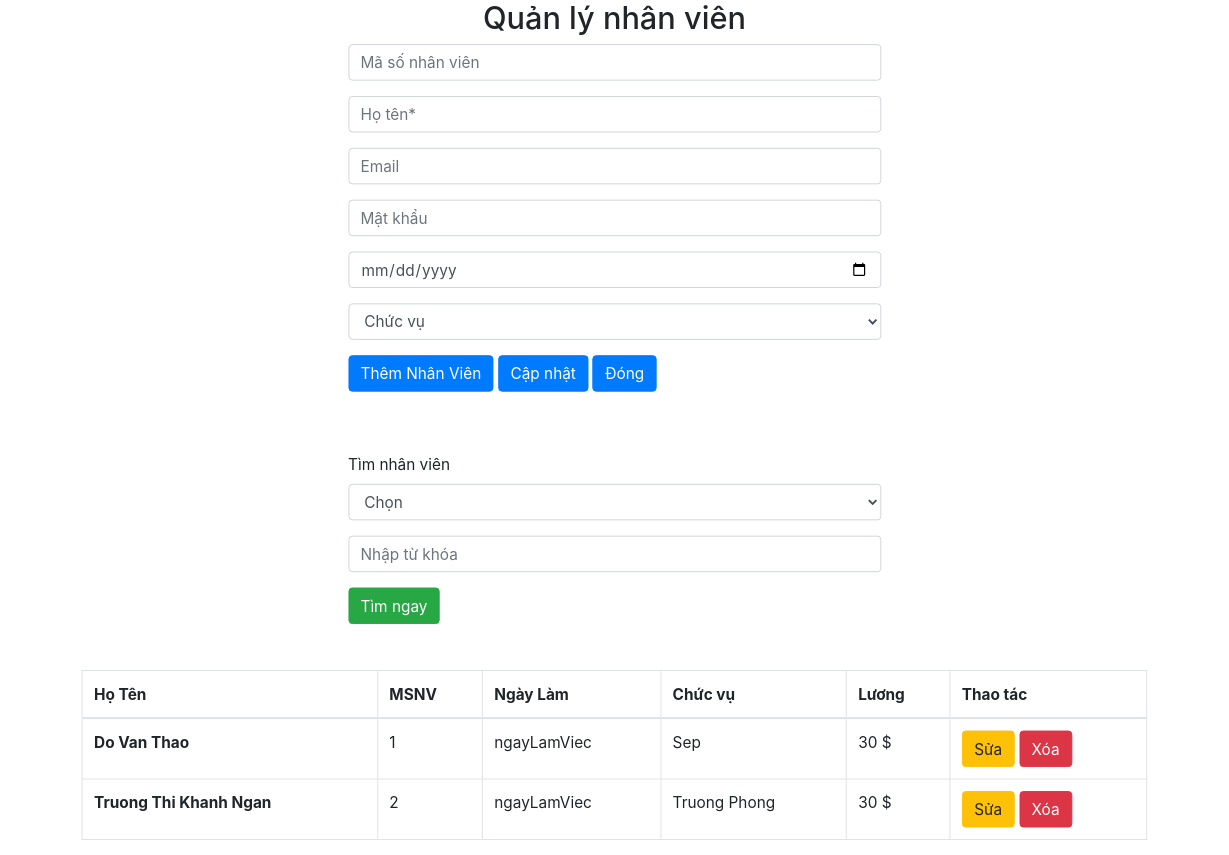
Repository: dovanthao2404/quanlynhanvien
Page: index.html
The author's editor kept a copy of each file at every save. The page is drawn from the files as they stood at one save, then again after the next save.
The browser window is 1280 px wide. The pictures show the whole page, at 96% of full size.

Above is the page before, as saved 2021-06-30 00:59:34.

After the next save:
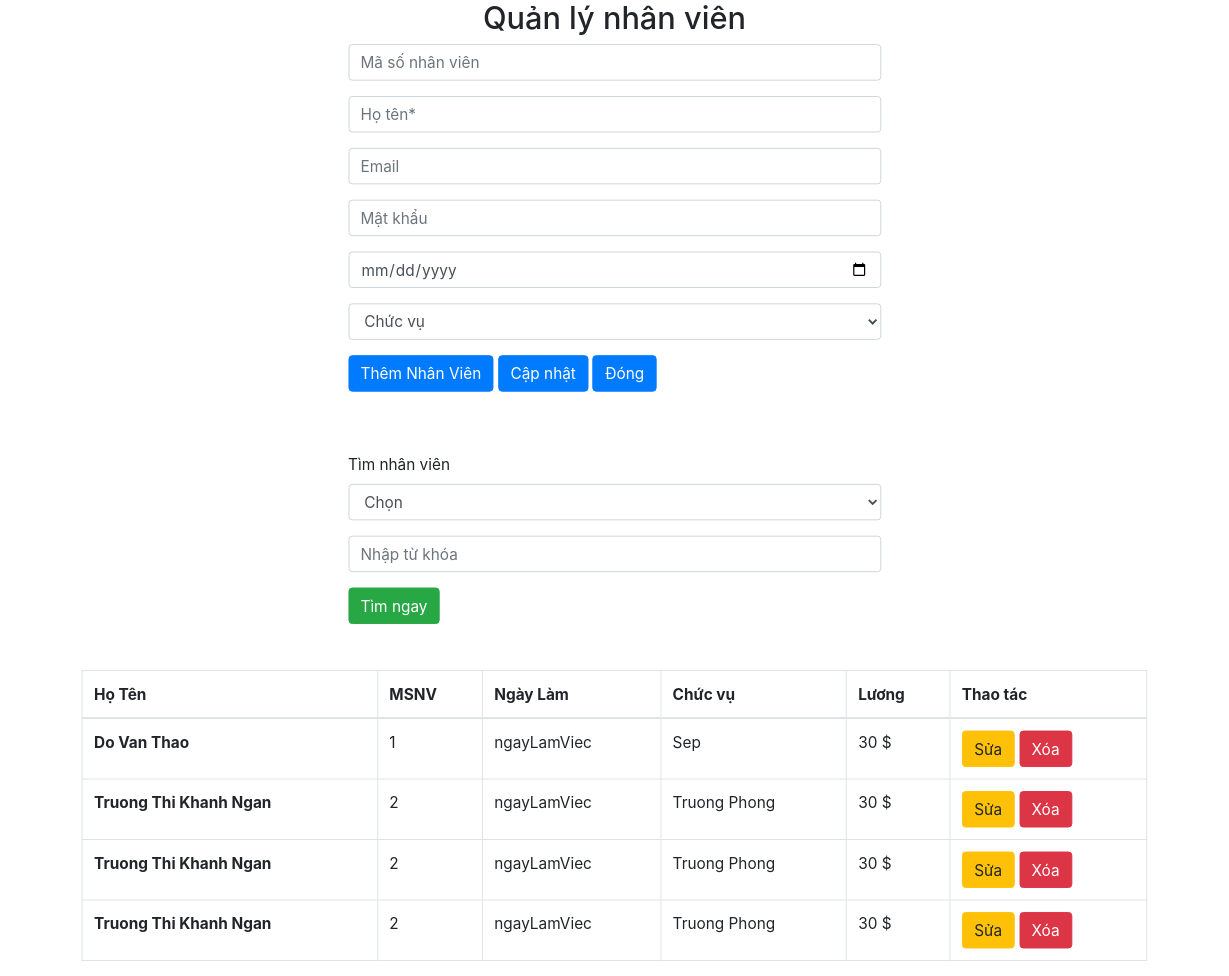
Saved 12 s later.
--- a/js/main.js
+++ b/js/main.js
@@ -5,7 +5,11 @@
 var congTy = new CongTy();
 var nhanVienMoi = new NhanVien('1', "Do Van Thao", 'abc@gmail.com', 'truongthikhanhngan', 'ngayLamViec', 'Sep');
 congTy.ThemNhanVien(nhanVienMoi);
-nhanVienMoi = new NhanVien('2', "Truong Thi Khanh Ngan", 'abc@gmail.com', 'truongthikhanhngan', 'ngayLamViec', 'Truong Phong'); nhanVienMoi = new NhanVien('2', "Truong Thi Khanh Ngan", 'abc@gmail.com', 'truongthikhanhngan', 'ngayLamViec', 'Truong Phong'); nhanVienMoi = new NhanVien('2', "Truong Thi Khanh Ngan", 'abc@gmail.com', 'truongthikhanhngan', 'ngayLamViec', 'Truong Phong');
+nhanVienMoi = new NhanVien('2', "Truong Thi Khanh Ngan", 'abc@gmail.com', 'truongthikhanhngan', 'ngayLamViec', 'Truong Phong');
+congTy.ThemNhanVien(nhanVienMoi);
+nhanVienMoi = new NhanVien('2', "Truong Thi Khanh Ngan", 'abc@gmail.com', 'truongthikhanhngan', 'ngayLamViec', 'Truong Phong');
+congTy.ThemNhanVien(nhanVienMoi);
+nhanVienMoi = new NhanVien('2', "Truong Thi Khanh Ngan", 'abc@gmail.com', 'truongthikhanhngan', 'ngayLamViec', 'Truong Phong');
 congTy.ThemNhanVien(nhanVienMoi);
 
 // Ham goi modal popup: Them Nhan Vien or Sua thong tin nhan vien

After the save that followed:
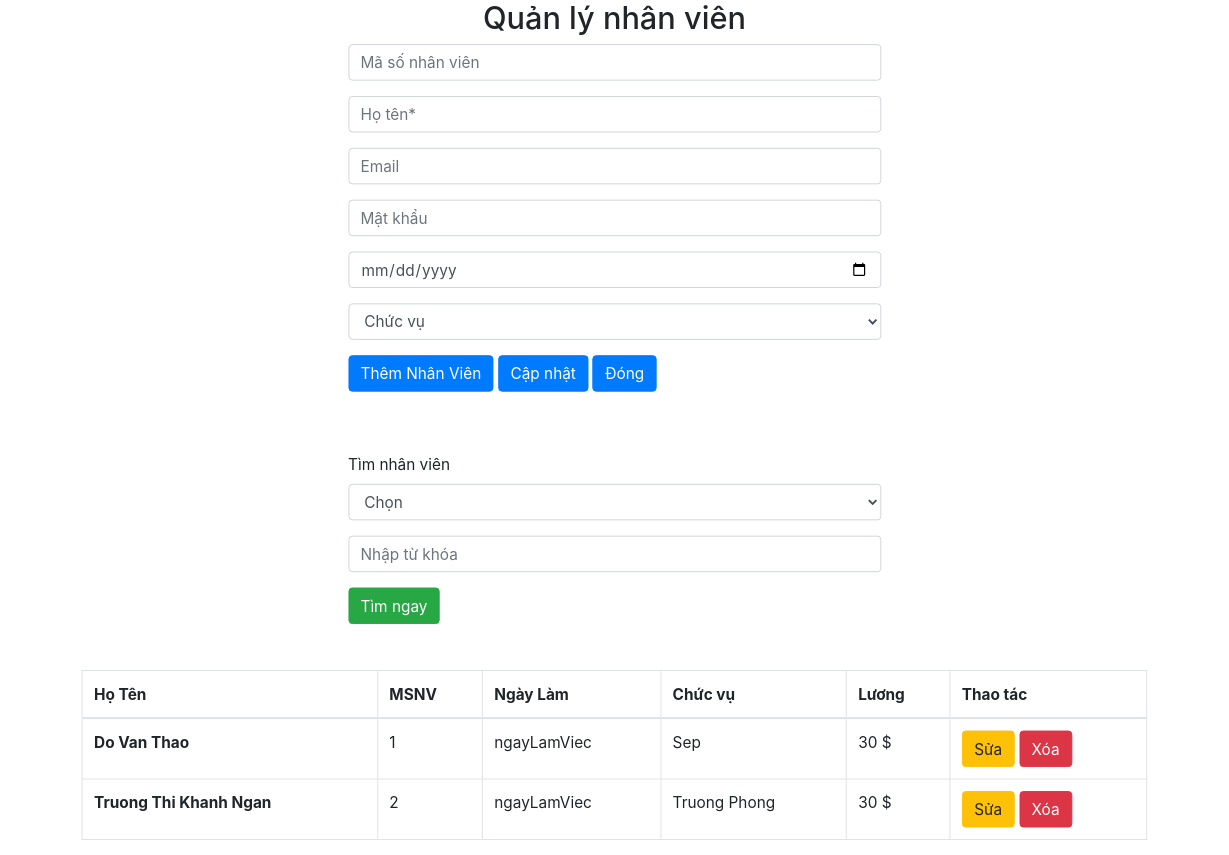
Saved 16 s later.
--- a/js/main.js
+++ b/js/main.js
@@ -4,10 +4,6 @@
 
 var congTy = new CongTy();
 var nhanVienMoi = new NhanVien('1', "Do Van Thao", 'abc@gmail.com', 'truongthikhanhngan', 'ngayLamViec', 'Sep');
-congTy.ThemNhanVien(nhanVienMoi);
-nhanVienMoi = new NhanVien('2', "Truong Thi Khanh Ngan", 'abc@gmail.com', 'truongthikhanhngan', 'ngayLamViec', 'Truong Phong');
-congTy.ThemNhanVien(nhanVienMoi);
-nhanVienMoi = new NhanVien('2', "Truong Thi Khanh Ngan", 'abc@gmail.com', 'truongthikhanhngan', 'ngayLamViec', 'Truong Phong');
 congTy.ThemNhanVien(nhanVienMoi);
 nhanVienMoi = new NhanVien('2', "Truong Thi Khanh Ngan", 'abc@gmail.com', 'truongthikhanhngan', 'ngayLamViec', 'Truong Phong');
 congTy.ThemNhanVien(nhanVienMoi);
